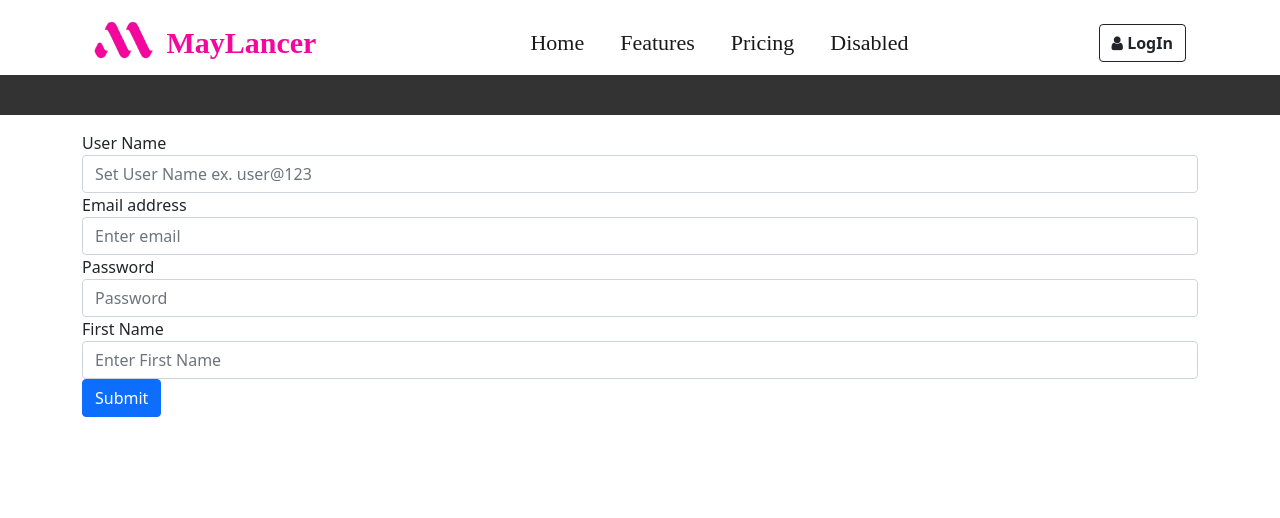
Repository: prathmesh2023/maylancers
Page: http://localhost/register
These files come from the project's save history. The page is drawn as it stood at one moment and after the next save; the edit follows.
The browser window is 1280 px wide. The pictures show the whole page.
Some web fonts or font styles are not loaded; a fallback is used. Some web libraries are served in a nearby version. The page is served by the project's application, run on Django 3.2 (manage.py). Other server files are loaded and not shown.

Above is the page before, as saved 2022-01-23 19:50:46.

### templates/register.html
{% extends "base.html" %} {% block title %} Register|MayLancer {% endblock title %} {% block main %}
<div class="container my-3">

    <form>
        <div class="form-group">
            <label for="exampleInputEmail1">User Name</label>
            <input type="text" class="form-control" id="exampleInputEmail1" aria-describedby="emailHelp" placeholder="Set User Name ex. user@123 ">

        </div>

        <div class="form-group">
            <label for="exampleInputEmail1">Email address</label>
            <input type="email" class="form-control" id="exampleInputEmail1" aria-describedby="emailHelp" placeholder="Enter email">

        </div>
        <div class="form-group">
            <label for="exampleInputPassword1">Password</label>
            <input type="password" class="form-control" id="exampleInputPassword1" placeholder="Password">
        </div>

        <div class="form-group">
            <label for="exampleInputEmail1">First Name</label>
            <input type="text" class="form-control" id="exampleInputEmail1" aria-describedby="emailHelp" placeholder="Enter First Name ">

        </div>

        <button type="submit" class="btn btn-primary">Submit</button>
    </form>
</div>
{% endblock main %}

### templates/base.html
<!DOCTYPE html>
<html lang="en">

<head>
    <!-- Required meta tags -->
    <meta charset="utf-8" />
    <meta name="viewport" content="width=device-width, initial-scale=1" />

    <!-- Bootstrap CSS -->

    {% load static %}

    <link href="{% static 'bootstrap-5/css/bootstrap.min.css' %}" type="text/css" rel="stylesheet" />
    <link href="{% static 'css/main.css' %}" type="text/css" rel="stylesheet">

    <!-- js bostrap -->
    <script src="https://code.jquery.com/jquery-3.2.1.slim.min.js" integrity="sha384-KJ3o2DKtIkvYIK3UENzmM7KCkRr/rE9/Qpg6aAZGJwFDMVNA/GpGFF93hXpG5KkN" crossorigin="anonymous"></script>
    <script src="https://cdnjs.cloudflare.com/ajax/libs/popper.js/1.12.9/umd/popper.min.js" integrity="sha384-ApNbgh9B+Y1QKtv3Rn7W3mgPxhU9K/ScQsAP7hUibX39j7fakFPskvXusvfa0b4Q" crossorigin="anonymous"></script>
    <script src="https://maxcdn.bootstrapcdn.com/bootstrap/4.0.0/js/bootstrap.min.js" integrity="sha384-JZR6Spejh4U02d8jOt6vLEHfe/JQGiRRSQQxSfFWpi1MquVdAyjUar5+76PVCmYl" crossorigin="anonymous"></script>
    <!-- / -->
    <link rel="stylesheet" href="https://cdnjs.cloudflare.com/ajax/libs/font-awesome/4.7.0/css/font-awesome.min.css">
    <link href='https://fonts.googleapis.com/css?family=Concert One' rel='stylesheet'>
    <link href='https://fonts.googleapis.com/css?family=Courgette' rel='stylesheet'>
    <link href='https://fonts.googleapis.com/css?family=Jockey One' rel='stylesheet'>

    <!--  -->
    {% load static %}
    <title>{% block title %} {% endblock %}</title>
</head>


<body>


    <div class="container">
        <nav class="navbar navbar-expand-lg navbar-light bg-white">
            <div class="container-fluid">
                <a class="navbar-brand" href="#"><img class="brand " src="{% static 'img/logo.png' %}"> <span class="mx-2 Courgette" style=" color: #f5069d;  font-size: 30px;"> <b>MayLancer</b></span></a>
                <button class="navbar-toggler" type="button" data-bs-toggle="collapse" data-bs-target="#navbarNav" aria-controls="navbarNav" aria-expanded="false" aria-label="Toggle navigation">
      <span class="navbar-toggler-icon"></span>
    </button>
                <div class="collapse navbar-collapse" id="navbarNav">
                    <ul class="navbar-nav mx-auto ">
                        <li class="nav-item">
                            <a class="nav-link active" aria-current="page" href="#">Home</a>
                        </li>
                        <li class="nav-item ">
                            <a class="nav-link active" href="#">Features</a>
                        </li>
                        <li class="nav-item ">
                            <a class="nav-link active" href="#">Pricing</a>
                        </li>
                        <li class="nav-item  ">
                            <a class="nav-link active disabled">Disabled</a>
                        </li>
                    </ul>



                    {% if user.is_authenticated %} &nbsp;<span class=""> <b>

                        {{ user.username }}</b></span> &nbsp;&nbsp;
                    <a href="/logout">Logout</a> {% else %}
                    <a href="/login"><button class="btn btn-outline-dark"><span class="fa fa-user"> </span> <b>LogIn</b></button></a> {% endif %}

                </div>
            </div>
        </nav>
    </div>


    <div class="navbar " style="height: 40px; margin-top: -10px; background-color: #000000cc;">




    </div>


    {% block main %} {% endblock main %}

    <!--
    <div class="container my-5">
        <div class="row">
            <div class="col-md-3">

                <div class="card  m-0 p-0" style="border: solid 2px #f5069d ; border-top-right-radius: 0px; border-top-left-radius: 0px; border-top: none ;">
                    <div class="card-body ">
                        <img src="painter.jpg" class="img border-0 p-0">
                        <h2 style="margin-top:20px;">
                            Painter
                        </h2>
                        <p class="card-text"><b>Find Painters nearby you</b></p>
                        <a href="#" class="btn sub">  Find </a>
                    </div>
                </div>

            </div>


            <div class="col-md-3">

                <div class="card  m-0 p-0" style="border: solid 2px #f5069d ; border-top-right-radius: 0px; border-top-left-radius: 0px; border-top: none ;">
                    <div class="card-body ">
                        <img src="mechanic.jpg" class="img border-0 p-0">
                        <h2 style="margin-top:20px;">
                            Mechanic
                        </h2>
                        <p class="card-text"><b>Find Mechanics nearby you</b></p>
                        <a href="#" class="btn sub"> Find </a>
                    </div>
                </div>

            </div>



            <div class="col-md-3">

                <div class="card  m-0 p-0" style="border: solid 2px #f5069d ; border-top-right-radius: 0px; border-top-left-radius: 0px; border-top: none ;">
                    <div class="card-body ">
                        <img src="designer1.jpg" class="img border-0 p-0">
                        <h2 style="margin-top:20px;">
                            Designer
                        </h2>
                        <p class="card-text"><b>Find Designer nearby you</b></p>
                        <a href="#" class="btn sub"> Find </a>
                    </div>
                </div>

            </div>


            <div class="col-md-3">

                <div class="card  m-0 p-0" style="border: solid 2px #f5069d ; border-top-right-radius: 0px; border-top-left-radius: 0px; border-top: none ;">
                    <div class="card-body ">
                        <img src="doctor.jpg" class="img border-0 p-0">
                        <h2 style="margin-top:20px;">
                            Doctor
                        </h2>
                        <p class="card-text"><b>Find Doctors nearby you</b></p>
                        <a href="#" class="btn sub"> Find </a>
                    </div>
                </div>

            </div>
        </div>
    </div> -->

    <!-- / -->





    <!-- Optional JavaScript; choose one of the two! -->

    <!-- Option 1: Bootstrap Bundle with Popper -->
    <script src="https://cdn.jsdelivr.net/npm/bootstrap@5.1.3/dist/js/bootstrap.bundle.min.js " integrity="sha384-ka7Sk0Gln4gmtz2MlQnikT1wXgYsOg+OMhuP+IlRH9sENBO0LRn5q+8nbTov4+1p " crossorigin="anonymous "></script>

    <!-- Option 2: Separate Popper and Bootstrap JS -->
    <!--
    <script src="https://cdn.jsdelivr.net/npm/@popperjs/core@2.10.2/dist/umd/popper.min.js " integrity="sha384-7+zCNj/IqJ95wo16oMtfsKbZ9ccEh31eOz1HGyDuCQ6wgnyJNSYdrPa03rtR1zdB " crossorigin="anonymous "></script>
    <script src="https://cdn.jsdelivr.net/npm/bootstrap@5.1.3/dist/js/bootstrap.min.js " integrity="sha384-QJHtvGhmr9XOIpI6YVutG+2QOK9T+ZnN4kzFN1RtK3zEFEIsxhlmWl5/YESvpZ13 " crossorigin="anonymous "></script>
    -->
</body>

</html>

### app1/views.py
from django.shortcuts import render,HttpResponse,redirect
from django.contrib.auth.models import User,auth
from django.contrib.auth.decorators import login_required
from .models import User,profile

# Create your views here.

def home(request):

    return render(request, "home.html")


def login(request):

    if request.method == 'POST':
        uname = request.POST.get('uname')
        pwd = request.POST.get('pwd')

        user = auth.authenticate(username=uname, password=pwd)

        if user is not None:
            auth.login(request, user)
            return redirect('/profile')
        else:
            return HttpResponse("unamr , password invalid ")


    return render(request, "login.html")




def logout(request):
    auth.logout(request)

    return redirect('/')


def profile(request):

    if request.user.is_authenticated:


        return render(request, "profile.html")
    else:
        return redirect("/login")


def register(request):

    return render(request, "register.html")

### maylancer/urls.py
"""maylancer URL Configuration

The `urlpatterns` list routes URLs to views. For more information please see:
    https://docs.djangoproject.com/en/3.2/topics/http/urls/
Examples:
Function views
    1. Add an import:  from my_app import views
    2. Add a URL to urlpatterns:  path('', views.home, name='home')
Class-based views
    1. Add an import:  from other_app.views import Home
    2. Add a URL to urlpatterns:  path('', Home.as_view(), name='home')
Including another URLconf
    1. Import the include() function: from django.urls import include, path
    2. Add a URL to urlpatterns:  path('blog/', include('blog.urls'))
"""
from django.contrib import admin
from django.urls import path,include

urlpatterns = [
    path('admin/', admin.site.urls),
    path('',include('app1.urls'))
]

### app1/urls.py
from django.contrib import admin
from django.urls import path
from app1 import views
urlpatterns = [
    path("", views.home , name="home"),
    path("login", views.login, name="login"),
    path("logout", views.logout,name="logout"),
    path("profile", views.profile, name="profile"),
    path("register", views.register, name="register"),
]

### static/css/main.css
.primary-bg {
    background-color: rgb(255, 78, 166);
}

.brand {
    max-width: 100px;
    max-height: 39px;
    margin-top: -14px;
}

.bg-white {
    background: white;
}

.nav-item {
    font-size: large;
    font-family: 'Concert One';
    font-size: 22px;
    padding: 10px;
}

.in {
    margin-top: 50px;
}

.bgc {
    background-color: black;
    background-repeat: no-repeat;
    background-size: 100%;
    width: 100%;
    height: 400px;
}


/* fonts */

.jone {
    font-family: 'Jockey One';
}

.Courgette {
    font-family: 'Courgette';
}

.searchbox {}

.searchbox input {
    border-radius: 0%;
    height: 50px;
    background-color: #ffffffd9;
}

.bt {
    border-radius: 0%;
    height: 50px;
    font-family: cursive;
}

.di {
    color: white;
    border-radius: 0%;
}


/* cards */


/* .sub {
    background: #f5069d;
    color: white;
}

.img-thumbnail {
    padding: 0px;
}

.img {
    margin-left: -31px;
    width: 120%;
    height: 180px;
    border-style: solid;
    border-size: px;
    padding: 10px;
    box-shadow: 5px 10px 18px #888888;
    margin-top: -25px;
}

.card {
    box-shadow: 5px 10px 18px #888888;
}
*/

.card_main {
    margin-top: -100px;
}

.sub {
    background: #f5069d;
    color: white;
}

.img-thumbnail {
    padding: 0px;
}

.img {
    margin-left: -31px;
    width: 120%;
    height: 180px;
    border-style: solid;
    border-size: px;
    padding: 10px;
    box-shadow: 5px 10px 18px #888888;
    margin-top: -25px;
}

.card {
    box-shadow: 5px 10px 18px #888888;
}


/*  */

Loaded but not shown: static/bootstrap-5/css/bootstrap.min.css (library)

After the next save:
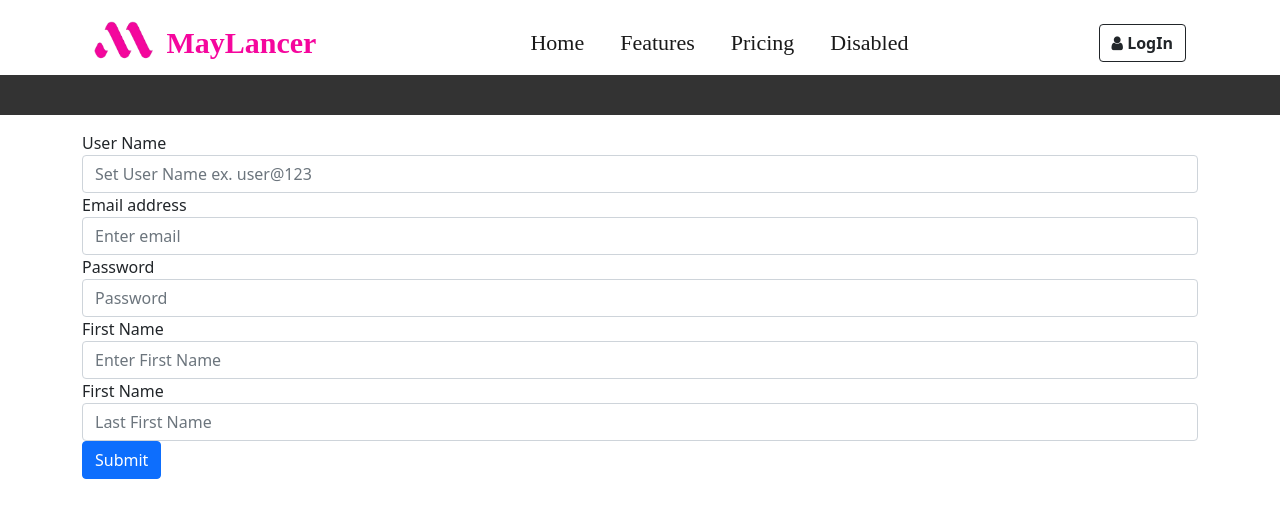
Saved 13 s later.
--- a/templates/register.html
+++ b/templates/register.html
@@ -24,6 +24,12 @@
 
         </div>
 
+        <div class="form-group">
+            <label for="exampleInputEmail1">First Name</label>
+            <input type="text" class="form-control" id="exampleInputEmail1" aria-describedby="emailHelp" placeholder="Last First Name ">
+
+        </div>
+
         <button type="submit" class="btn btn-primary">Submit</button>
     </form>
 </div>
